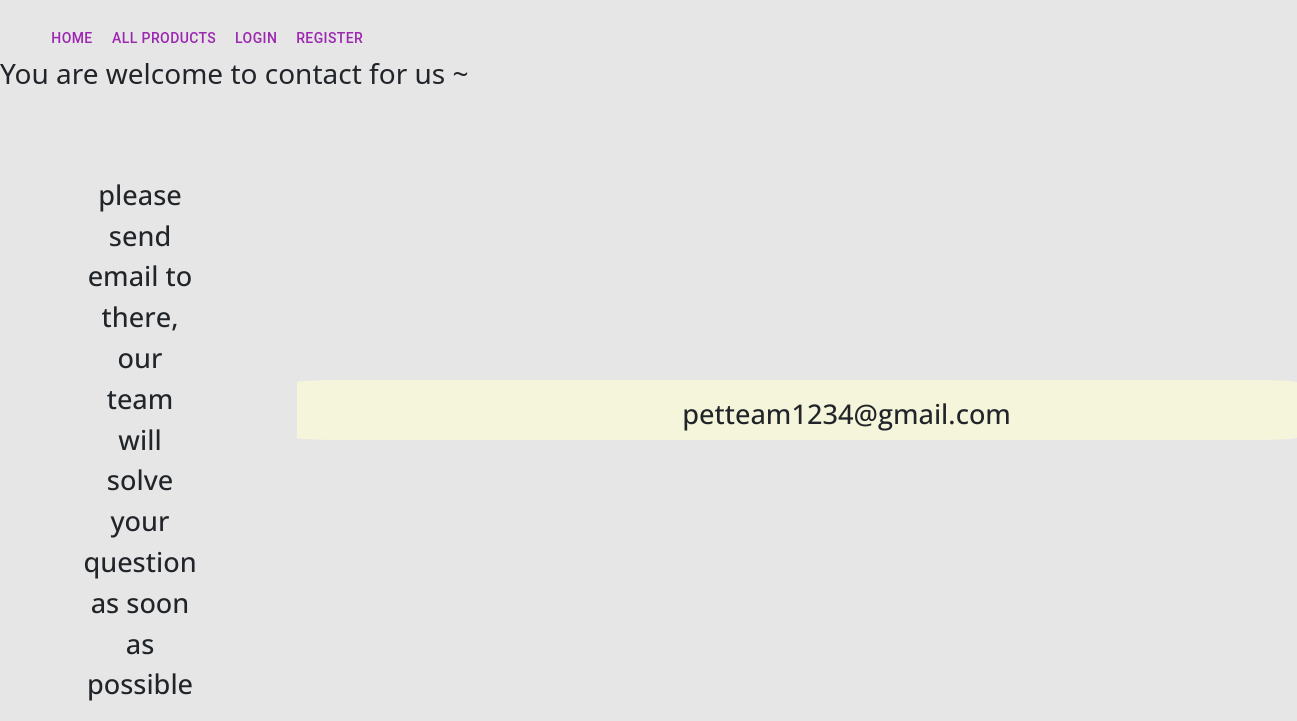
Repository: dzwfighting/pet
Page: /contact
The author's editor kept a copy of each file at every save. The page is drawn from the files as they stood at one save, then again after the next save.
The browser window is 1280 px wide. The page is 1297 px wide, then 1280 px, so the pictures cover 1297 px, including what lies to the right of the window. The pictures show the whole page.
The project was rebuilt for these pictures with package versions that can differ from the ones it lists, and the page was loaded fresh each time. Also part of the build but not shown: src/components/homeComponent.js, src/components/Layout.js, src/components/checkoutComponent.js, src/fake-data/products.js, src/styles/css/cart.css, src/components/ShopCartComponent.js, src/components/productsDetail.js, src/manipulate/checkValid.js and 10 more.

Above is the page before, as saved 2023-08-20 10:07:44.

### src/index.js
import React from "react";
import ReactDOM from "react-dom/client";
import "./index.css";
import App from "./App";
import { Provider } from "react-redux";
import store from "./manipulate/store";
import reportWebVitals from "./reportWebVitals";

const root = ReactDOM.createRoot(document.getElementById("root"));
root.render(
  <Provider store={store}>
    <React.StrictMode>
      <App />
    </React.StrictMode>
  </Provider>
);

// If you want to start measuring performance in your app, pass a function
// to log results (for example: reportWebVitals(console.log))
// or send to an analytics endpoint. Learn more: https://bit.ly/CRA-vitals
reportWebVitals();

### src/App.js
import "./App.css";
import { BrowserRouter, Routes, Route } from "react-router-dom";
import Layout from "./components/Layout";
import Checkout from "./components/checkoutComponent";
import ShopCart from "./components/ShopCartComponent";
import ProductsDetail from "./components/productsDetail";
import Register from "./components/Register";
import Login from "./components/Login";
import Error from "./components/Error";
import Collections from "./components/Collections";
import Contactus from "./components/Contactus";
import Products from "./components/Products";

function App() {
  return (
    <BrowserRouter>
      <Routes>
        <Route path="/" element={<Layout />} />
        <Route path="checkout" element={<Checkout />} />
        <Route path="shopcart" element={<ShopCart />} />
        <Route path="contact" element={<Contactus />} />
        <Route path="products" element={<Products />} />
        <Route path="products/:id" element={<ProductsDetail />} />
        <Route path="register" element={<Register />} />
        <Route path="login" element={<Login />} />
        <Route path="error/:message" element={<Error />} />
        <Route path="collections" element={<Collections />} />
      </Routes>
    </BrowserRouter>
  );
}

export default App;

### src/manipulate/store.js
import { createStore } from "redux";
import rootReducer from "./reducer";

export default createStore(rootReducer);

### src/components/Contactus.js
import React from "react";
import NavComponent from "./navComponent";
import Container from "react-bootstrap/Container";
import Row from "react-bootstrap/Row";
import Col from "react-bootstrap/Col";
import "../styles/css/contact.css";
import cat11 from "../styles/images/cat11-removebg-preview.png";

const Contactus = () => {
  return (
    <div>
      <NavComponent />
      <h3>You are welcome to contact for us ~</h3>
      <div className="contactContainerSet">
        <p>
          please send email to there, our team will solve your question as soon
          as possible
        </p>
        <div className="emailBlock">
          <p className="emailP">petteam1234@gmail.com</p>
        </div>
      </div>
    </div>
  );
};

export default Contactus;

### src/manipulate/reducer.js
import users from "../fake-data/users";

const initialState = {
  curUser: null,
  // cartItems: [],
  // totalQuantity: 0,
  // totalAmount: 0,
  // collectItems: [],
};

const rootReducer = (state = initialState, action) => {
  switch (action.type) {
    case "LOGIN":
      return {
        ...state,
        curUser: action.payload,
      };
    case "LOGOUT":
      return {
        ...state,
        curUser: null,
      };
    case "REGISTER":
      users.push(action.payload);
      return {
        ...state,
        curUser: action.payload,
      };
    // case "ADDCART":
    //   const newItem = action.payload;
    //   const existItem = state.cartItems.find((item) => item.id === newItem.id);
    //   state.totalQuantity++;
    //   if (!existItem) {
    //     state.cartItems.push({
    //       id: newItem.id,
    //       title: newItem.title,
    //       iamge: newItem.image,
    //       price: newItem.price,
    //       quantity: 1,
    //       totalPrice: newItem.price,
    //     });
    //   } else {
    //     existItem.quantity++;
    //     existItem.totalPrice =
    //       Number(existItem.totalPrice) + Number(newItem.price);
    //   }

    //   state.totalAmount = state.cartItems.reduce(
    //     (total, item) => total + Number(item.price) * Number(item.quantity),
    //     0
    //   );
  }
  return state;
};
export default rootReducer;

### src/components/navComponent.js
import React, { useEffect } from "react";
import { Link, useNavigate } from "react-router-dom";
import Button from "@mui/material/Button";
import { useDispatch, useSelector } from "react-redux";
import { logout } from "../manipulate/action";

const NavComponent = () => {
  const curUser = useSelector((state) => state.curUser);
  const dispatch = useDispatch();
  const navigate = useNavigate();

  const handleLogout = () => {
    dispatch(logout());
    navigate("/");
  };

  // console.log(curUser);

  return (
    <div style={{ marginLeft: "40px", marginTop: "20px", marginRight: "40px" }}>
      <Link to="/" style={{ textDecoration: "none" }}>
        <Button color="secondary">Home</Button>
      </Link>

      <Link
        to="/products"
        state={{ category: "all" }}
        style={{ textDecoration: "none" }}
      >
        <Button color="secondary">All Products</Button>
      </Link>
      {curUser ? (
        <Link to="/shopcart" style={{ textDecoration: "none" }}>
          <Button color="secondary">Shop Cart</Button>
        </Link>
      ) : (
        <a />
      )}
      {curUser ? (
        <Link to="/collections" style={{ textDecoration: "none" }}>
          <Button color="secondary">Collections</Button>
        </Link>
      ) : (
        <a />
      )}
      {/* {curUser ? (
        <Link to="/checkout" style={{ textDecoration: "none" }}>
          <Button color="secondary">Check Out </Button>
        </Link>
      ) : (
        <a />
      )} */}
      {curUser ? (
        <Button color="secondary" onClick={handleLogout}>
          Logout
        </Button>
      ) : (
        <Link to="/login" style={{ textDecoration: "none" }}>
          <Button color="secondary">Login</Button>
        </Link>
      )}
      {curUser ? (
        <a />
      ) : (
        <Link to="/register" style={{ textDecoration: "none" }}>
          <Button color="secondary">Register</Button>
        </Link>
      )}
    </div>
  );
};

export default NavComponent;

### src/fake-data/users.js
let users = [
  {
    email: "user1@gmail.com",
    password: "123456",
    collections: ["11"],
    cart: [{ proId: "11", cnt: "2" }],
    uploads: [
      "https://images.unsplash.com/photo-1526336024174-e58f5cdd8e13?ixlib=rb-4.0.3&ixid=M3wxMjA3fDB8MHxwaG90by1wYWdlfHx8fGVufDB8fHx8fA%3D%3D&auto=format&fit=crop&w=1887&q=80",
    ],
  },
  {
    email: "user2@gmail.com",
    password: "123456",
    collections: ["12", "13"],
    cart: [
      { proId: "12", cnt: "1" },
      { proId: "13", cnt: "2" },
    ],
    uploads: [
      "https://images.unsplash.com/photo-1526336024174-e58f5cdd8e13?ixlib=rb-4.0.3&ixid=M3wxMjA3fDB8MHxwaG90by1wYWdlfHx8fGVufDB8fHx8fA%3D%3D&auto=format&fit=crop&w=1887&q=80",
      "https://images.unsplash.com/photo-1542650507-17d51cecbbb5?ixlib=rb-4.0.3&ixid=M3wxMjA3fDB8MHxwaG90by1wYWdlfHx8fGVufDB8fHx8fA%3D%3D&auto=format&fit=crop&w=1942&q=80",
    ],
  },
];

let findUser = (email) => {
  let userIdx = 0;
  for (let i = 0; i < users.length; i++) {
    if (users[i].email === email) {
      userIdx = i;
      break;
    }
  }
  return userIdx;
};

export const findUserData = (email) => {
  let userIdx = findUser(email);
  return users[userIdx];
};

export let addCollect = (email, collect) => {
  let userIdx = findUser(email);

  // console.log("add succes");
  users[userIdx].collections.push(collect);
  console.log(users[userIdx]);
  return users[userIdx];
};

export let deleteCollect = (email, delId) => {
  let userIdx = findUser(email);

  let delIdx = 0;
  for (let i = 0; i < users[userIdx].collections.length; i++) {
    if (users[userIdx].collections[i] === delId) {
      delIdx = i;
      break;
    }
  }

  users[userIdx].collections.splice(delIdx, 1);
  console.log("del success");
  console.log(users[userIdx].collections);
  return users[userIdx];
};

export let addCart = (email, addId) => {
  let userIdx = findUser(email);
  let ifFind = false;
  for (let i = 0; i < users[userIdx].cart.length; i++) {
    if (users[userIdx].cart[i].proId === addId) {
      ifFind = true;
      users[userIdx].cart[i].cnt = (
        Number(users[userIdx].cart[i].cnt) + 1
      ).toString();
      break;
    }
  }

  if (!ifFind) {
    users[userIdx].cart.push({ proId: addId, cnt: "1" });
  }
  console.log(users[userIdx]);
  return users[userIdx];
};

export const delCart = (email, delId) => {
  let userIdx = findUser(email);
  for (let i = 0; i < users[userIdx].cart.length; i++) {
    if (users[userIdx].cart[i].proId === delId) {
      users[userIdx].cart.splice(i, 1);
      break;
    }
  }
  console.log(users[userIdx]);
  return users[userIdx];
};

export const delOnePro = (email, delId) => {
  let userIdx = findUser(email);
  console.log(delId);
  console.log(users[userIdx]);
  for (let i = 0; i < users[userIdx].cart.length; i++) {
    if (users[userIdx].cart[i].proId === delId) {
      console.log("start delete");
      let delOne = Number(users[userIdx].cart[i].cnt) - 1;
      console.log(delOne);
      if (delOne == 0) {
        delCart(email, delId);
        break;
      } else {
        users[userIdx].cart[i].cnt = delOne.toString();
        break;
      }
    }
  }
  console.log(users[userIdx]);
  return users[userIdx];
};
export default users;

### src/styles/css/prodetail.css
@import url("https://fonts.googleapis.com/css2?family=Open+Sans:wght@500&display=swap");
.detailcard {
  display: flex;
  position: relative;
  font-family: "Open Sans", sans-serif;
  width: 100vw;
  left: 1vw;
  right: 1vw;
}
.detailcardimg {
  width: 25vw;
  height: 40vw;
}
.detailcontent {
  width: 66vw;
}
.detailcontent h2 {
  margin-bottom: 1vw;
}
.detailcontent p {
  margin-left: 1vw;
  text-align: left;
  padding-right: 1vw;
  padding-bottom: 1vw;
  width: 66vw;
  font-size: 1rem;
}

@media screen and (min-width: 1105px) {
  .detailcardimg {
    width: 300px;
    height: 380px;
  }
  .detailfinalBtn {
    margin-top: -5px;
  }
}

@media screen and (min-width: 917px) and (max-width: 1105px) {
  .detailcardimg {
    width: 28vw;
    height: 450px;
  }
  .detailcontent {
    width: 27vw;
  }
  .detailcontent h2 {
    font-size: 1rem;
  }
  .detailcontent p {
    font-size: 0.8rem;
  }
  .detailfinalBtn {
    margin-top: 5px;
  }
}

@media screen and (min-width: 771px) and (max-width: 917px) {
  /* .detailcardimg {
    width: 28vw;
    height: 45vw;
  } */
  .detailcontent h2 {
    margin-bottom: 5px;
    font-size: 1rem;
  }
  .detailcontent p {
    margin-left: 5px;
    padding-right: 5px;
    padding-bottom: 0px;
    width: 66vw;
    font-size: 0.7rem;
  }
}
@media screen and (min-width: 615px) and (max-width: 771px) {
  .detailcardimg {
    width: 20vw;
    height: 30vw;
  }
  .detailcontent h2 {
    margin-bottom: 5px;
    font-size: 0.9rem;
  }
  .detailcontent p {
    margin-left: 5px;
    padding-right: 0;
    padding-bottom: 0px;
    width: 66vw;
    font-size: 0.5rem;
  }
}
@media screen and (min-width: 480px) and (max-width: 615px) {
  .detailcard {
    display: block;
  }
  .detailcardimg {
    position: relative;
    left: 2%;
    width: 25vw;
    height: 35vw;
  }
  .detailcontent {
    width: 95vw;
  }
  .detailcontent h2 {
    width: 95vw;
    margin-left: 0;
    margin-bottom: 2px;
    font-size: 0.9rem;
  }
  .detailcontent p {
    margin-left: 2px;
    padding-right: 0;
    padding-bottom: 0px;
    width: 90vw;
    font-size: 0.7rem;
  }
  .detailfinalBtn {
    font-size: 0.7rem;
  }
}
@media screen and (min-width: 200px) and (max-width: 480px) {
  .detailcard {
    display: block;
  }
  .detailcardimg {
    position: relative;
    left: 2%;
    width: 25vw;
    height: 35vw;
  }
  .detailcontent {
    width: 95vw;
  }
  .detailcontent h2 {
    width: 90vw;
    margin-left: 0;
    margin-bottom: 2px;
    font-size: 0.9rem;
  }
  .detailcontent p {
    margin-left: 2px;
    padding-right: 0;
    padding-bottom: 0px;
    width: 90vw;

    font-size: 0.7rem;
  }
  .detailfinalBtn {
    font-size: 0.7rem;
  }
}

### src/manipulate/action.js
export const login = (user) => ({
  type: "LOGIN",
  payload: user,
});

export const logout = () => ({
  type: "LOGOUT",
});

export const register = (newUser) => ({
  type: "REGISTER",
  payload: newUser,
});

// export const addToCart = (item) => ({
//   type: "ADDTOCART",
//   payload: item,
// });

// export const deleteFromCard = (item) => ({
//   typeof: "DELETEFROMCART",
//   payload: item,
// });

// export const addToCollect = (item) => ({
//   type: "ADDTOCOLLECT",
//   payload: item,
// });

// export const deleteFromColllect = (item) => ({
//   type: "DELETEFROMCOLLECT",
//   payload: item,
// });

### src/styles/css/login.css
@import url("https://fonts.googleapis.com/css2?family=Open+Sans:wght@500&display=swap");
.formSet {
  display: flex;
  margin-left: 5%;
  align-items: center;
  font-family: "Open Sans", sans-serif;
}
.lableSet {
  font-size: 2rem;
}

.inputSet {
  font-size: 1rem;
  width: 800px;
}

.loginbtnSet {
  align-items: center;
  justify-content: center;
  width: 100px;
  height: 40px;
  /* font-size: 1.1rem; */
}
.pSet {
  font-size: 1.2rem;
}

@media screen and (min-width: 1025px) {
  .formSet {
    display: flex;
    margin-left: 5%;
    align-items: center;
    font-family: "Open Sans", sans-serif;
  }
  .lableSet {
    font-size: 2rem;
  }

  .inputSet {
    text-align: left;
    font-size: 1rem;
    width: 600px !important;
  }
  .loginbtnSet {
    height: 35px !important;
  }

  .regSet {
    width: 100px !important;
    padding-top: 6px;
    height: 37px !important;
  }
  .loginbtnSet p {
    width: 70px;
  }
  .pSet {
    font-size: 1.2rem !important;
  }
}
@media screen and (min-width: 769px) and (max-width: 1024px) {
  .formSet {
    display: flex;
    margin-left: 5%;
    align-items: center;
    font-family: "Open Sans", sans-serif;
  }
  .lableSet {
    font-size: 1.5rem;
  }
  .inputSet {
    font-size: 0.9rem !important;
    width: 700px !important;
  }
  .loginbtnSet {
    width: 65px;
    height: 38px;
    font-size: 0.9rem;
  }

  .regSet {
    width: 80px;
    padding-left: 6px;
    height: 38px;
  }
  .regSet p {
    margin-left: 2px;
    font-size: 0.9rem;
  }
  .pSet {
    font-size: 1rem;
  }
}
@media screen and (min-width: 481px) and (max-width: 768px) {
  .formSet {
    display: flex;
    margin-left: 5%;
    align-items: center;
    font-family: "Open Sans", sans-serif;
  }
  .lableSet {
    font-size: 1.5rem;
  }
  .inputSet {
    font-size: 0.9rem !important;
    width: 700px !important;
  }
  .loginbtnSet {
    width: 70px;
    /* padding-top: 1px;
    padding-left: 21px; */
    height: 38px;
    font-size: 0.9rem;
  }
  .regSet {
    width: 88px;
    /* padding-top: 2px;
    padding-left: 25px; */
    height: 37px;
    font-size: 0.9rem;
  }
}
@media screen and (max-width: 481px) {
  .formSet {
    display: flex;
    margin-left: 5%;
    align-items: center;
    font-family: "Open Sans", sans-serif;
    margin-top: 50px !important;
  }
  .lableSet {
    font-size: 1rem;
  }
  .inputSet {
    font-size: 0.8rem;
    width: 200px;
    height: 40px;
  }
  .loginbtnSet {
    align-items: center;
    justify-content: center;
    width: 56px;
    height: 28px;
    font-size: 0.7rem;
  }
  .pSet {
    font-size: 0.8rem;
  }
  .regSet {
    width: 66px;
    /* padding-left: 16px; */
    height: 30px;
    font-size: 0.7rem;
  }
}

### src/styles/css/contact.css
@import url("https://fonts.googleapis.com/css2?family=Open+Sans:wght@500&display=swap");
.contactContainerSet h3 {
  display: flex;
  justify-content: center;
  align-items: center;
  font-family: "Open Sans", sans-serif;
  margin-top: 9%;
  margin-left: 5%;
  font-size: 1.8rem;
}
.contactContainerSet p {
  font-family: "Open Sans", sans-serif;
  margin-top: 6%;
  font-size: 1.5rem;
}

.emailBlock {
  font-family: "Open Sans", sans-serif;
  width: 60%;
  height: 20%;
  background-color: beige;
  border-radius: 4%;
}
.emailP {
  margin-left: 20%;
  padding-top: 5%;
}

@media screen and (min-width: 1025px) {
  .contactContainerSet h3 {
    display: flex;
    justify-content: center;
    align-items: center;
    font-family: "Open Sans", sans-serif;
    margin-top: 9%;
    font-size: 2.5rem;
    font-weight: 900;
  }
  .contactContainerSet {
    display: flex;
    justify-content: center;
    align-items: center;
    text-align: center;
  }
  .contactContainerSet p {
    display: flex;
    justify-content: center;
    align-items: center;
    text-align: center;
    font-family: "Open Sans", sans-serif;
    width: 1000px;
    margin-left: 100px;
    font-size: 1.7rem;
  }
  .imgSet {
    width: auto;
    height: 55%;
    margin-top: -70px;
  }
  .emailBlock {
    display: flex;
    justify-content: center;
    align-items: center;
    text-align: center;
    font-family: "Open Sans", sans-serif;
    width: 1000px;
    height: 60px;
    background-color: beige;
    border-radius: 4%;
    margin-left: 100px;
    /* margin-top: -50px; */
  }
  .emailP {
    margin-left: 30px;
    margin-bottom: 100px;
    /* padding-top: 15px; */
    font-family: "Open Sans", sans-serif;
    font-size: 1.5rem;
  }
}
@media screen and (min-width: 769px) and (max-width: 1024px) {
  .contactContainerSet h3 {
    display: flex;
    justify-content: center;
    align-items: center;
    width: calc(100% - 10px);
    font-family: "Open Sans", sans-serif;
    margin-top: 9%;
    font-size: 2rem;
    font-weight: 900;
  }
  .contactContainerSet {
    display: flex;
    justify-content: center;
    align-items: center;
    text-align: center;
  }
  .contactContainerSet p {
    display: flex;
    justify-content: center;
    align-items: center;
    text-align: center;
    font-family: "Open Sans", sans-serif;
    margin-left: 110px;
    width: calc(100%);
    font-size: 1.2rem;
  }
  .imgSet {
    width: auto;
    height: 55%;
    margin-top: -55px;
  }
  .emailBlock {
    display: flex;
    justify-content: center;
    align-items: center;
    font-family: "Open Sans", sans-serif;
    width: calc(100% - 10px);
    height: 50px;
    background-color: beige;
    border-radius: 4%;
    margin-left: 110px;

    /* margin-top: -33px; */
  }

  .emailP {
    margin-left: 30px;
    margin-bottom: 43px;
    padding-top: 3%;
    font-size: 1.2rem;
  }
}
@media screen and (min-width: 481px) and (max-width: 768px) {
  .contactContainerSet h3 {
    display: flex;
    justify-content: center;
    align-items: center;
    font-family: "Open Sans", sans-serif;
    margin-top: 9%;
    font-size: 1.5rem;
    font-weight: 900;
    margin-left: 5px;
    margin-right: 5px;
  }
  .contactContainerSet {
    display: flex;
    justify-content: center;
    align-items: center;
  }
  .contactContainerSet p {
    display: flex;
    justify-content: center;
    align-items: center;
    text-align: center;
    font-family: "Open Sans", sans-serif;
    width: 450px;
    margin-top: 6%;
    font-size: 1rem;
    /* margin-left: 80px; */
    /* margin-right: 5px; */
  }
  .imgSet {
    width: auto;
    height: 60%;
    margin-top: -45px;
  }
  .emailBlock {
    display: flex;
    justify-content: center;
    align-items: center;
    font-family: "Open Sans", sans-serif;
    width: 300px;
    height: 35px;
    background-color: beige;
    border-radius: 4%;
    margin-left: 60px;
  }
  .emailP {
    margin-left: 10px;
    margin-bottom: 25px;
    padding-top: 3%;
  }
}
@media screen and (max-width: 480px) {
  .contactContainerSet h3 {
    justify-content: center;
    align-items: center;
    font-family: "Open Sans", sans-serif;
    margin-top: 9%;
    font-size: 1.1rem;
    /* font-weight: 900; */
    /* margin-left: 10px;
    margin-right: 10px; */
  }
  .contactContainerSet {
    /* display: flex; */
    justify-content: center;
    align-items: center;
    background-color: white;
    border-radius: 1%;
    width: 90vw;
  }
  .contactContainerSet p {
    width: 300px;
    text-align: center;
    font-family: "Open Sans", sans-serif;
    margin-top: 6%;
    font-size: 1rem;
    /* margin-left: 10px;
    margin-right: 10px; */
  }
  .imgSet {
    width: auto;
    height: 60%;
    margin-top: -35px;
  }
  .emailBlock {
    display: flex;
    justify-content: center;
    align-items: center;
    font-family: "Open Sans", sans-serif;
    width: 250px;
    height: 35px;
    background-color: beige;
    border-radius: 4%;
    margin-left: 20px;
  }
  .emailP {
    margin-left: 10px;
    margin-bottom: 25px;
    padding-top: 5%;
  }
}

### src/styles/css/categories.css
@import url("https://fonts.googleapis.com/css2?family=Open+Sans:wght@500&display=swap");
.cardSet {
  /* margin-left: -18%; */
  position: relative;

  font-family: "Open Sans", sans-serif !important;
  /* margin-right: -20% */
}
.cSet {
  position: relative;
  right: 10%;

  /* width: 100vw; */
  justify-content: center;
}
.imgSet {
  width: 100vw !important;
}
.linkFont {
  font-size: 1.5em;
  margin-top: -50px;
}

@media screen and (min-width: 1025px) {
}
@media screen and (min-width: 769px) and (max-width: 1024px) {
  .cardSet {
    display: flex !important;
    align-items: center !important;
    justify-content: center !important;
    text-align: center !important;
    /* margin-left: -18%; */
  }
  .linkFont {
    font-size: 1.2em;
    margin-top: -50px;
  }
  .imgSet {
    width: 701px !important;
  }
}
@media screen and (min-width: 481px) and (max-width: 768px) {
  .cardSet {
    display: flex !important;
    align-items: center !important;
    justify-content: center !important;
    text-align: center !important;
    margin-left: -16%;
    /* margin-right: -20% */
  }
  .linkFont {
    font-size: 1.2em;
    margin-top: 1px !important;
  }

  .imgSet {
    width: 401px !important;
  }
}
@media screen and (max-width: 480px) {
  .cardSet {
    display: flex !important;
    align-items: center !important;
    justify-content: center !important;
    text-align: center !important;
  }
  .imgSet {
    width: 310px !important;
  }
  .linkFont {
    font-size: 1em;
    margin-top: 10px;
  }
}

Loaded but not shown: public/index.html (common file); src/index.css (common file); src/reportWebVitals.js (common file); src/App.css (common file); src/styles/allproducts.css (no stored copy; drawn as an empty file)

After the next save:
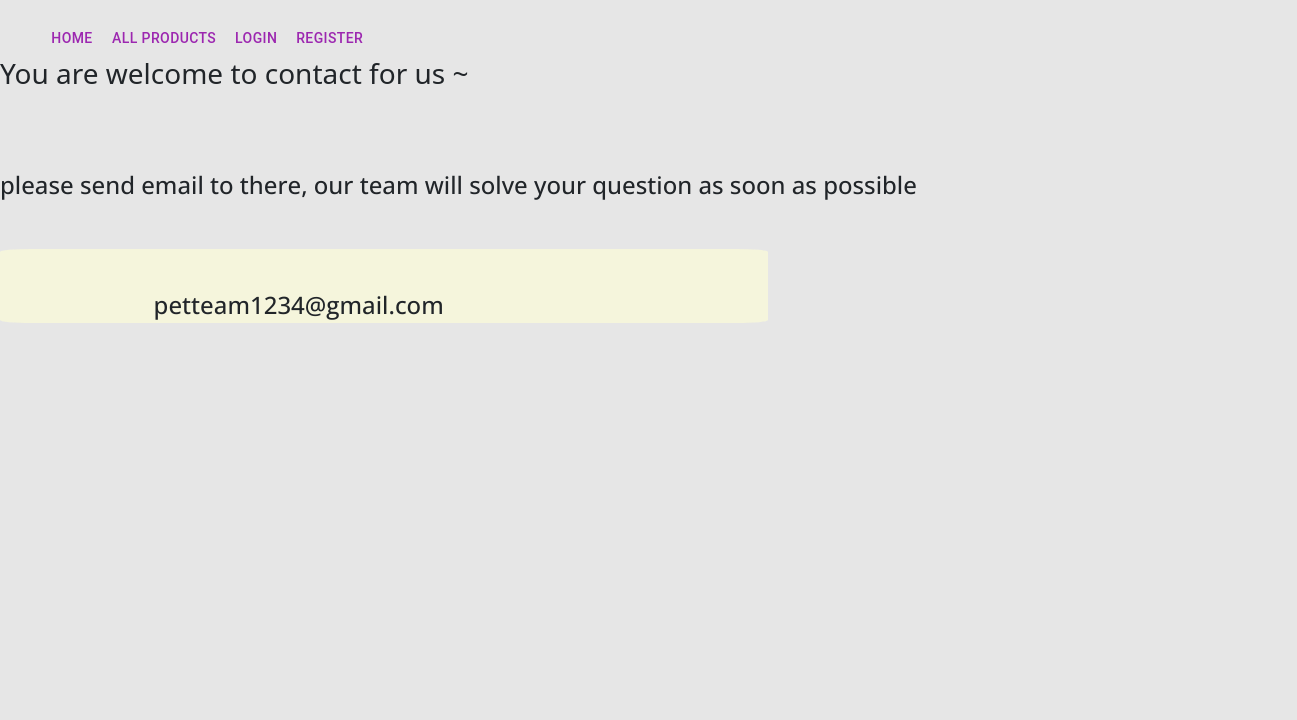
Saved 19 s later.
--- a/src/styles/css/contact.css
+++ b/src/styles/css/contact.css
@@ -26,58 +26,6 @@
   padding-top: 5%;
 }
 
-@media screen and (min-width: 1025px) {
-  .contactContainerSet h3 {
-    display: flex;
-    justify-content: center;
-    align-items: center;
-    font-family: "Open Sans", sans-serif;
-    margin-top: 9%;
-    font-size: 2.5rem;
-    font-weight: 900;
-  }
-  .contactContainerSet {
-    display: flex;
-    justify-content: center;
-    align-items: center;
-    text-align: center;
-  }
-  .contactContainerSet p {
-    display: flex;
-    justify-content: center;
-    align-items: center;
-    text-align: center;
-    font-family: "Open Sans", sans-serif;
-    width: 1000px;
-    margin-left: 100px;
-    font-size: 1.7rem;
-  }
-  .imgSet {
-    width: auto;
-    height: 55%;
-    margin-top: -70px;
-  }
-  .emailBlock {
-    display: flex;
-    justify-content: center;
-    align-items: center;
-    text-align: center;
-    font-family: "Open Sans", sans-serif;
-    width: 1000px;
-    height: 60px;
-    background-color: beige;
-    border-radius: 4%;
-    margin-left: 100px;
-    /* margin-top: -50px; */
-  }
-  .emailP {
-    margin-left: 30px;
-    margin-bottom: 100px;
-    /* padding-top: 15px; */
-    font-family: "Open Sans", sans-serif;
-    font-size: 1.5rem;
-  }
-}
 @media screen and (min-width: 769px) and (max-width: 1024px) {
   .contactContainerSet h3 {
     display: flex;
